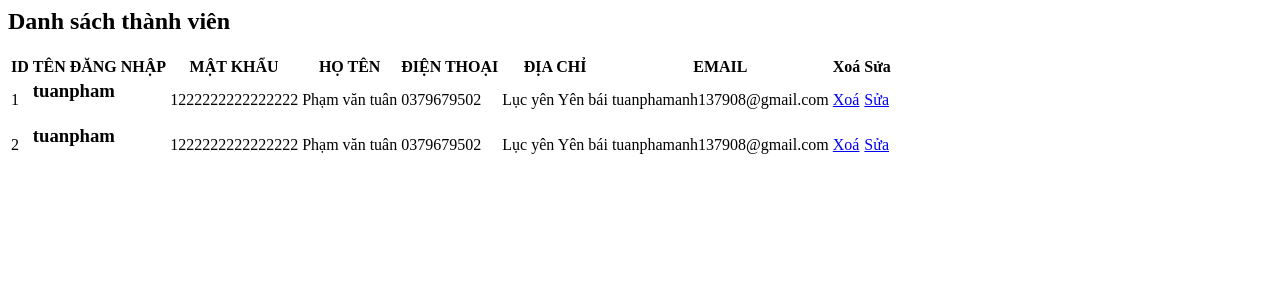
Repository: tuanpham-aptech/sportequiptment
Page: http://localhost/admin/views/members/show_member.php
These files come from the project's save history. The page is drawn as it stood at one moment and after the next save; the edit follows.
The browser window is 1280 px wide. The pictures show the whole page.
The page is run by PHP 8.4 with error messages shown; the project is at /var/www/html/.

Above is the page before, as saved 2021-10-22 06:48:47.

After the next save:
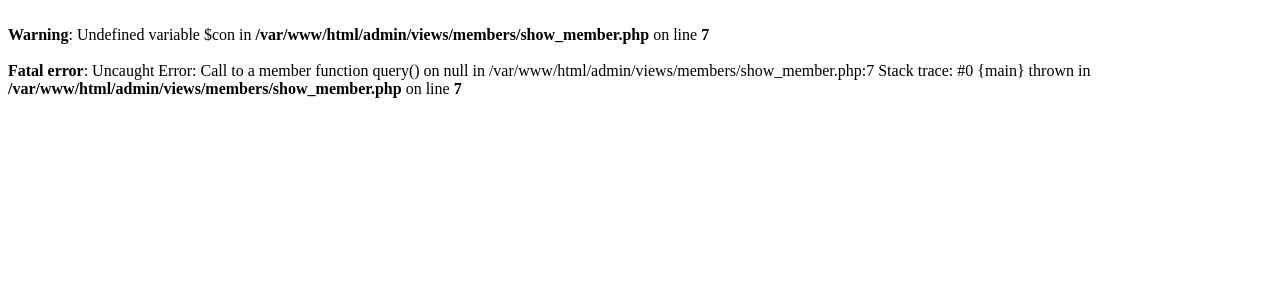
Saved 45 s later.
--- a/admin/views/members/show_member.php
+++ b/admin/views/members/show_member.php
@@ -1,4 +1,11 @@
-
+<?php
+if(isset($_GET['id'])){
+$member_id = $_GET['id'];
+$con->query("delete from members where member_id = $member_id");
+}
+$query = "select *from  members";
+$result = $con->query( $query);
+?>
 <div class="member">
 <h2 class="member-title">Danh sách thành viên </h2>
                     <table class="member-table">
